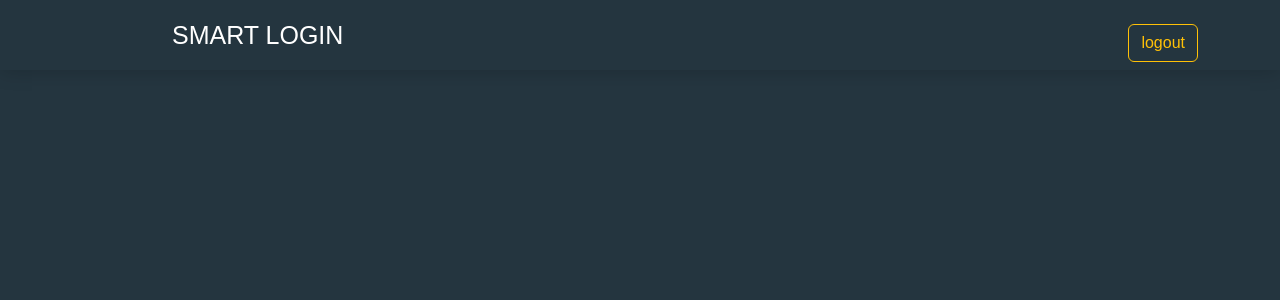
Repository: bodajava/TASK-4
Page: theerdIndex.html
The author's editor kept a copy of each file at every save. The page is drawn from the files as they stood at one save, then again after the next save.
The browser window is 1280 px wide. The pictures show the whole page.

Above is the page before, as saved 2025-06-18 18:26:37.

After the next save:
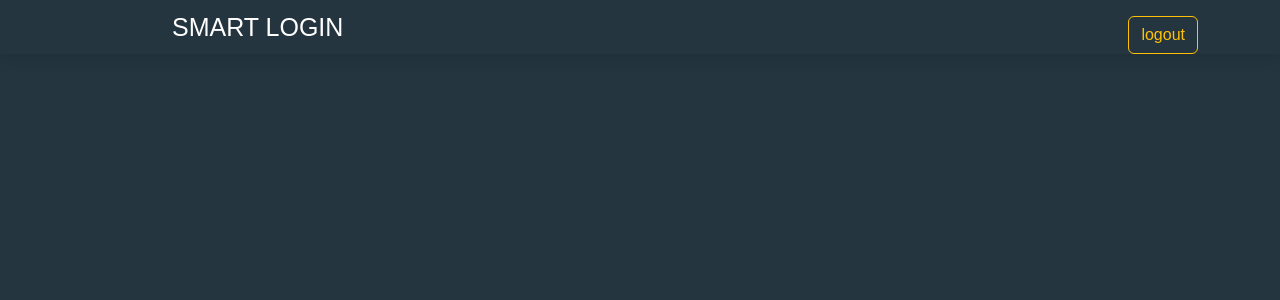
Saved 101 s later.
--- a/theerdIndex.html
+++ b/theerdIndex.html
@@ -10,7 +10,10 @@
   </head>
   <body>
     <div id="container" class="container-fluid">
-      <nav id="nav" class="container navbar navbar-expand-lg bg-body-tertiary">
+      <nav
+        id="nav"
+        class="container navbar navbar-expand-lg bg-body-tertiary pt-0 pb-0"
+      >
         <div class="container-fluid">
           <a id="margen" class="navbar-brand" href="#">SMART LOGIN</a>
 
